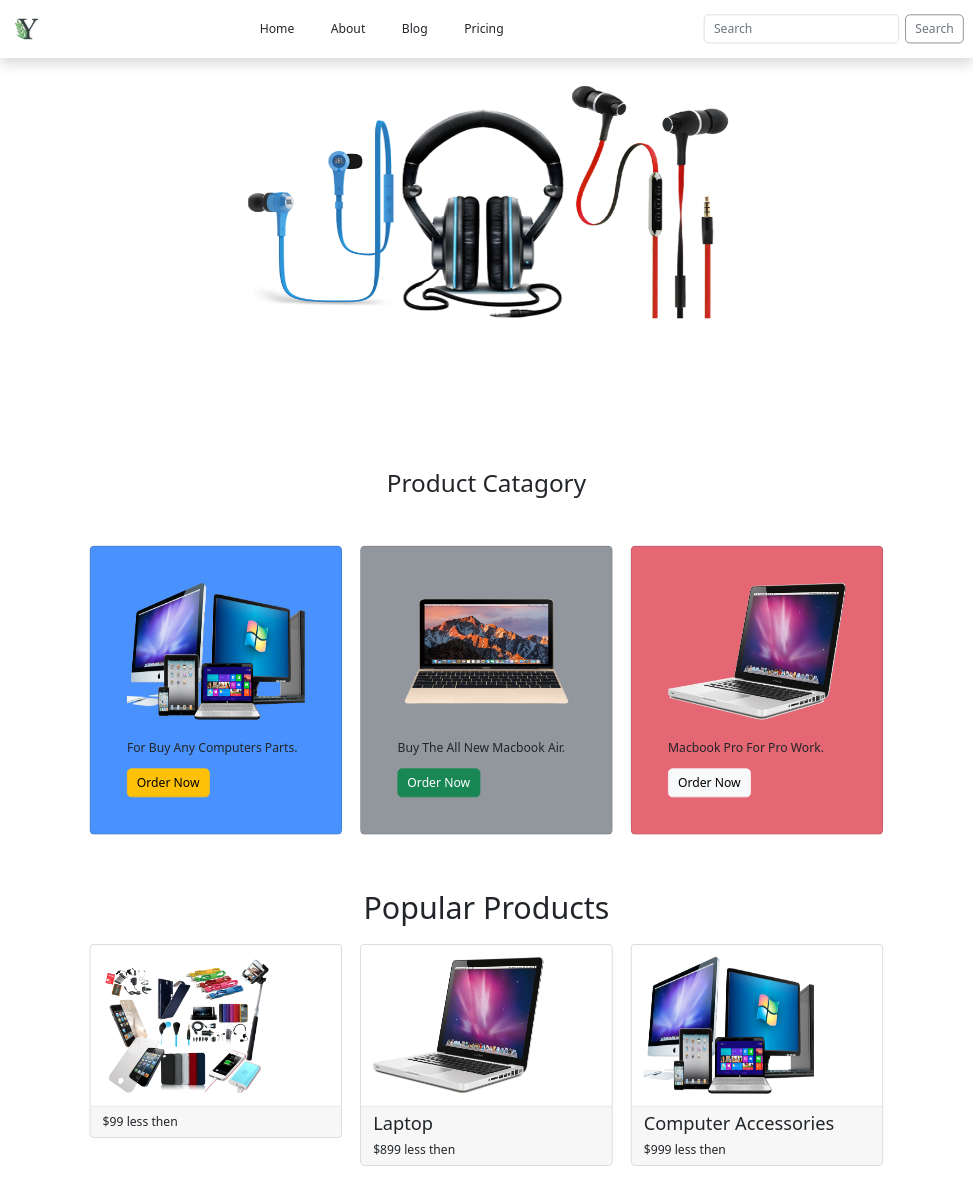
Repository: Mafuzurrahmanoli/E-Commerce-Website
Page: index.html
An editor plug-in stored every save of this project. The page is shown before and after the next save, followed by the edit.
The browser window is 1280 px wide. The pictures show the whole page, at 76% of full size.

Above is the page before, as saved 2023-09-16 14:34:26.

After the next save:
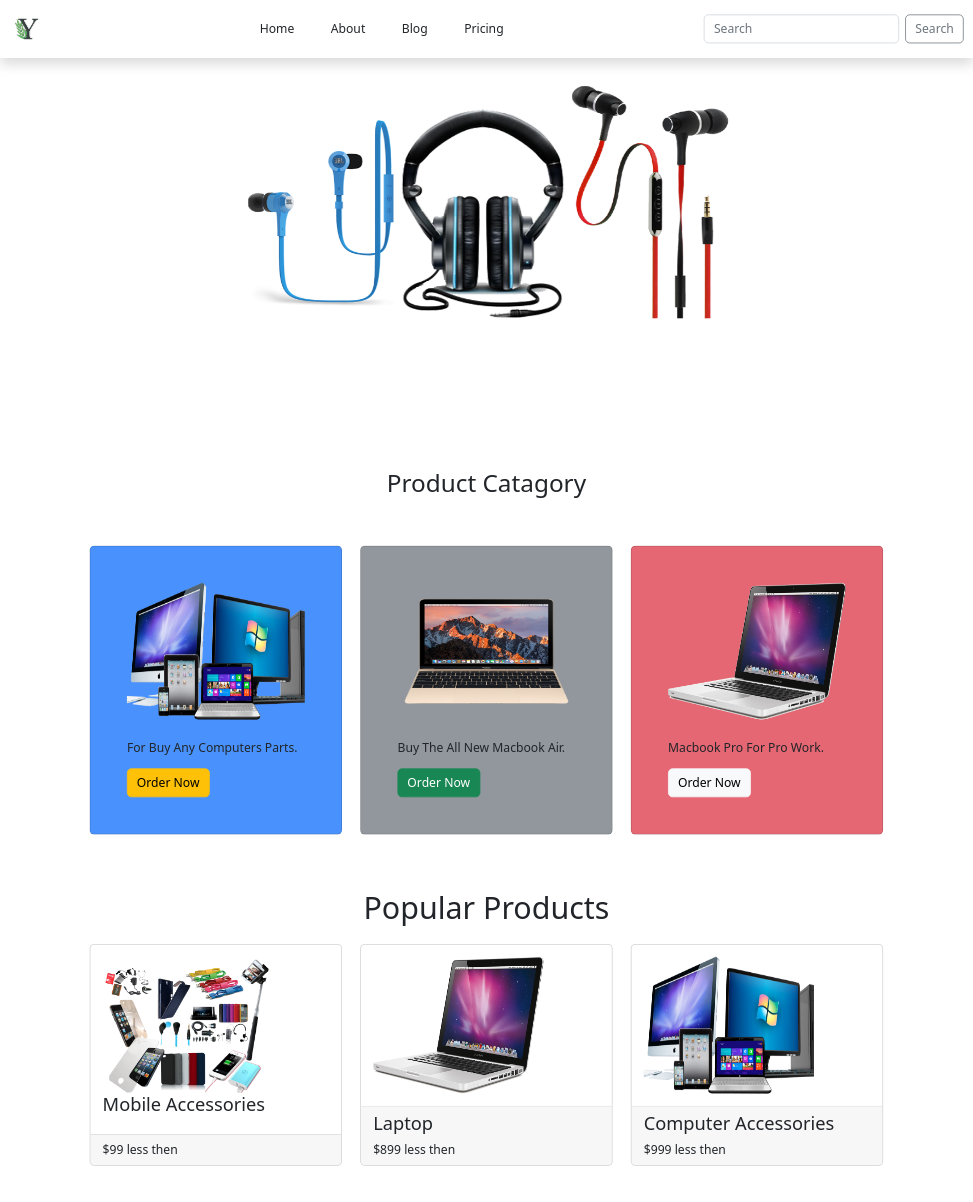
Saved 4 s later.
--- a/index.html
+++ b/index.html
@@ -132,6 +132,7 @@
           <div class="card">
             <div class="card-body">
               <img class="w-75 mx-auto" src="img/Mobile.png" alt="">
+              <h4 class="text-capitalize">Mobile accessories</h4>
             </div>
             <div class="card-footer">
               <span>$99 less then</span>
